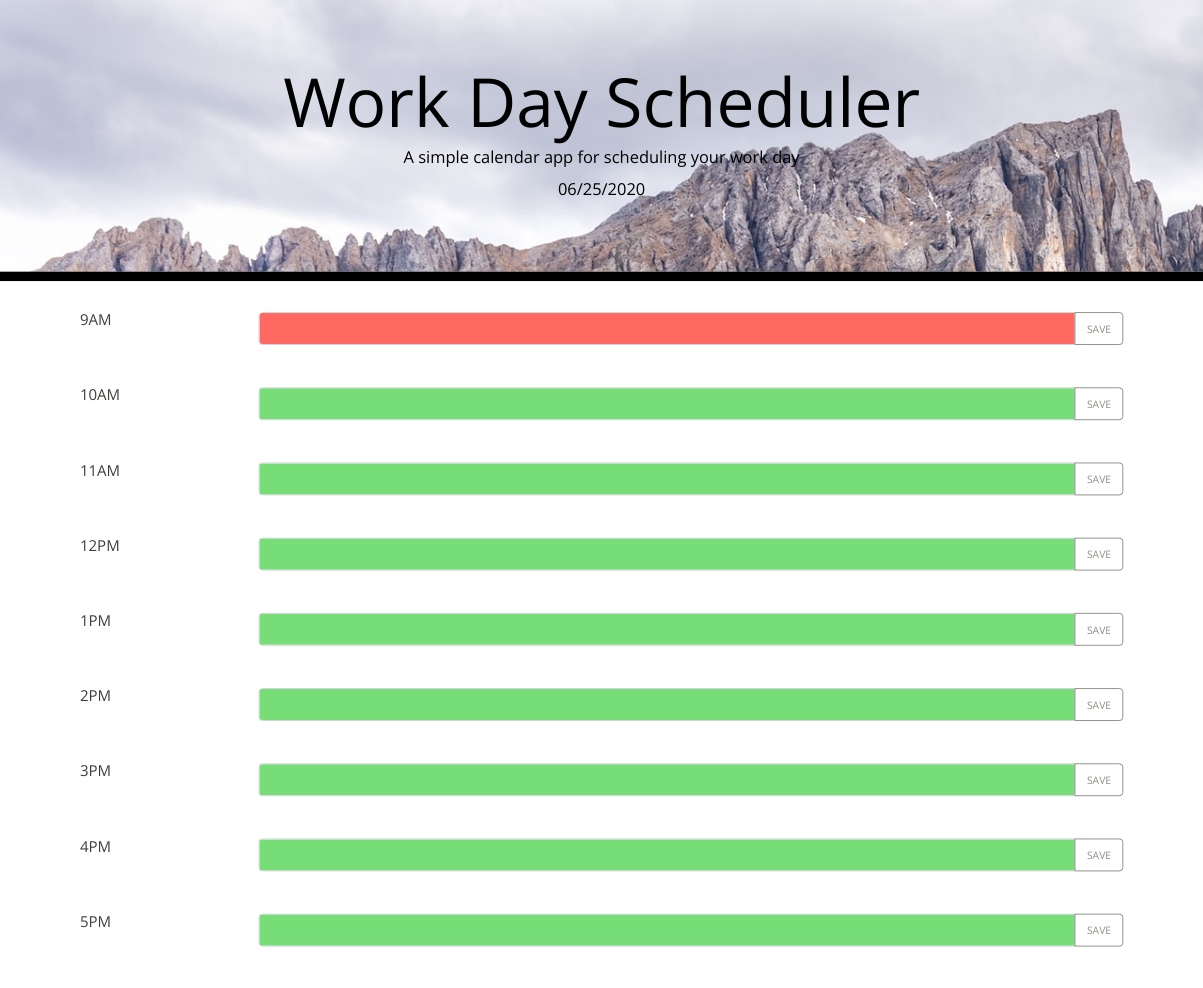
Repository: himaja830/Day-Planner
Page: Develop/index.html
These files come from the project's save history. The page is drawn as it stood at one moment and after the next save; the edit follows.
The browser window is 1280 px wide. The pictures show the whole page, at 94% of full size.
Some web libraries are served in a nearby version.

Above is the page before, as saved 2020-06-25 18:31:57.

### Develop/index.html
<!DOCTYPE html>
<html lang="en">

<head>
  <meta charset="UTF-8" />
  <meta name="viewport" content="width=device-width, initial-scale=1.0" />
  <meta http-equiv="X-UA-Compatible" content="ie=edge" />
  <link rel="stylesheet" href="https://stackpath.bootstrapcdn.com/bootstrap/4.3.1/css/bootstrap.min.css" />
  <link href="https://stackpath.bootstrapcdn.com/bootswatch/4.5.0/sandstone/bootstrap.min.css" rel="stylesheet" integrity="sha384-ztQCCdmKhYHBDMV3AyR4QGZ2/z6veowJBbsmvDJW/sTuMpB9lpoubJuD0ODGSbjh" crossorigin="anonymous">
  <link rel="stylesheet" href="https://use.fontawesome.com/releases/v5.8.1/css/all.css"
    integrity="sha384-50oBUHEmvpQ+1lW4y57PTFmhCaXp0ML5d60M1M7uH2+nqUivzIebhndOJK28anvf" crossorigin="anonymous" />
  <link href="https://fonts.googleapis.com/css?family=Open+Sans&display=swap" rel="stylesheet" />
  <link rel="stylesheet" href="style.css" />
  <title>Work Day Scheduler</title>
</head>

<body>
  <header class="jumbotron">
    <h1 class="display-3">Work Day Scheduler</h1>
    <p class="lead">A simple calendar app for scheduling your work day</p>
    <p id="currentDay" class="lead"></p>
  </header>

  <!-- Timeblocks go here -->
  <div class="container">
    <form>
    <div class="row">
      <div class="col-2">
        <p>9AM</p>
      </div>
      <div class="input-group mb-3 col-10">
        <input type="text" class="form-control event"  aria-label="Recipient's username"
          aria-describedby="button-addon2" data-time="9" data-index="0">
        <div class="input-group-append">
          <button class="btn btn-outline-secondary" type="button" id="button-addon9" data-time="9">Save</button>
        </div>
      </div>
    </div>
  </form>
    <form>
      <div class="row">
        <div class="col-2">
          <p>10AM</p>
        </div>
        <div class="input-group mb-3 col-10">
          <input type="text" class="form-control event"  aria-label="Recipient's username"
            aria-describedby="button-addon2" data-time="10" data-index="1">
          <div class="input-group-append">
            <button class="btn btn-outline-secondary" type="button" id="button-addon10" data-time="10">Save</button>
          </div>
        </div>
      </div>
    </form>
    <div class="row">
      <div class="col-2">
        <p>11AM</p>
      </div>
      <div class="input-group mb-3 col-10">
        <input type="text" class="form-control event"  aria-label="Recipient's username"
          aria-describedby="button-addon2" data-time="11" data-index="2">
        <div class="input-group-append">
          <button class="btn btn-outline-secondary" type="button" id="button-addon11" data-time="11">Save</button>
        </div>
      </div>
    </div>
  </form>

    <form>
      <div class="row">
        <div class="col-2" >
          <p>12PM</p>
        </div>
        <div class="input-group mb-3 col-10">
          <input type="text" class="form-control event"  aria-label="Recipient's username"
            aria-describedby="button-addon2" data-time="12" data-index="3">
          <div class="input-group-append">
            <button class="btn btn-outline-secondary" type="button" id="button-addon12" data-time="12">Save</button>
          </div>
        </div>
      </div>
    </form>

    <form>
      <div class="row">
        <div class="col-2">
          <p>1PM</p>
        </div>
        <div class="input-group mb-3 col-10">
          <input type="text" class="form-control event"  aria-label="Recipient's username"
            aria-describedby="button-addon2" data-time="13" data-index="4">
          <div class="input-group-append">
            <button class="btn btn-outline-secondary" type="button" id="button-addon1" data-time="13">Save</button>
          </div>
        </div>
      </div>
    </form>

    <form>
      <div class="row">
        <div class="col-2">
          <p>2PM</p>
        </div>
        <div class="input-group mb-3 col-10">
          <input type="text" class="form-control event"  aria-label="Recipient's username"
            aria-describedby="button-addon2" data-time="14" data-index="5">
          <div class="input-group-append">
            <button class="btn btn-outline-secondary" type="button" id="button-addon2" data-time="14">Save</button>
          </div>
        </div>
      </div>
    </form>
    <form>
      <div class="row">
        <div class="col-2">
          <p>3PM</p>
        </div>
        <div class="input-group mb-3 col-10">
          <input type="text" class="form-control event"  aria-label="Recipient's username"
            aria-describedby="button-addon2" data-time="15" data-index="6">
          <div class="input-group-append">
            <button class="btn btn-outline-secondary" type="button" id="button-addon3" data-time="15">Save</button>
          </div>
        </div>
      </div>
    </form>

    <form>
      <div class="row">
        <div class="col-2">
          <p>4PM</p>
        </div>
        <div class="input-group mb-3 col-10">
          <input type="text" class="form-control event"  aria-label="Recipient's username"
            aria-describedby="button-addon2" data-time="16" data-index="7">
          <div class="input-group-append">
            <button class="btn btn-outline-secondary" type="button" id="button-addon4" data-time="16">Save</button>
          </div>
        </div>
      </div>
    </form>

    <form>
      <div class="row">
        <div class="col-2">
          <p>5PM</p>
        </div>
        <div class="input-group mb-3 col-10">
          <input type="text" class="form-control event"  aria-label="Recipient's username"
            aria-describedby="button-addon2" data-time="17" data-index="8">
          <div class="input-group-append">
            <button class="btn btn-outline-secondary" type="button" id="button-addon5" data-time="17">Save</button>
          </div>
        </div>
      </div>
    </form>
  </div>


  <script src="https://code.jquery.com/jquery-3.4.1.min.js"></script>
  <script src="https://cdnjs.cloudflare.com/ajax/libs/moment.js/2.24.0/moment.min.js"></script>
  <script src="script.js"></script>
</body>

</html>

### Develop/style.css
body {
  font-family: 'Open Sans', sans-serif;
  font-size: 16px;
  line-height: 1;
}

textarea {
  background: transparent;
  border: none;
  resize: none;
  color: #000000;
  border-left: 1px solid black;
  padding: 10px;
}

.jumbotron {
  text-align: center;
  background-color: transparent;
  font-weight: bolder;
  color: black;
  border-radius: 0;
  border-bottom: 10px solid black;
  background-image: url("riccardo-chiarini-2VDa8bnLM8c-unsplash (2).jpg");
}

.description {
  white-space: pre-wrap;
}

.time-block {
  text-align: center;
  border-radius: 15px;
}

.row {
  height: 80px;
  border-top: 1px solid white;
  ;
}

.hour {
  background-color: #ffffff;
  color: #000000;
  border-top: 1px dashed #000000;
}

.past {
  background-color: #d3d3d3;
  color: white;
}

.present {
  background-color: #ff6961;
  color: white;
}

.future {
  background-color: #77dd77;
  color: white;
}

.saveBtn {
  border-left: 1px solid black;
  border-top-right-radius: 15px;
  border-bottom-right-radius: 15px;
  background-color: #06AED5;
  color: white;
}

.saveBtn i:hover {
  font-size: 20px;
  transition: all .3s ease-in-out;
}

.btn {
  height: 35px;
}

.bg-red {
  background-color: rgb(255, 1, 1);
}

.bg-green {
  background-color: rgba(8, 131, 8, 0.788);
}

.bg-gray {
  background-color: #cfdce9da;
}

### Develop/script.js
$(document).ready(() => {
    //Date format have been set and displayed at the top of page.
    var now = moment().format("MM/DD/YYYY");
    var date = $("#currentDay");
    date.text(now);

    // Iterate through input elements and set the color based on event time
    var hour = moment().format("HH");
    var currentHour = Number.parseInt(hour);
    $(".event").each(function () {
        var eventHour = Number.parseInt(this.getAttribute('data-time'));
        if (eventHour === currentHour) {
            $(this).addClass('present');
        } else if (eventHour < currentHour) {
            $(this).addClass('past');
        } else {
            $(this).addClass('future');
        }
    });

    // Connecting input and save buttons to each other.
    $(".btn").on("click", function (event) {
        event.preventDefault();
        var inputElem = $(this).closest('.input-group').find('.event');
        console.log(inputElem);
        var data = $(inputElem).val();
        console.log(data);
        var index = $(inputElem).attr('data-index');
        console.log(index);
        setLocalStorage(index, data);
    });

    // get events from localstorage and set the data and push it to localstorage
    function setLocalStorage(index, data) {
       var events = getLocalStorage();
       events[index] = data;
       localStorage.setItem("events", JSON.stringify(events));
    }

    // get the events from localstorage
    function getLocalStorage(){
      var events = localStorage.getItem('events');
      return JSON.parse(events);
    }
});

After the next save:
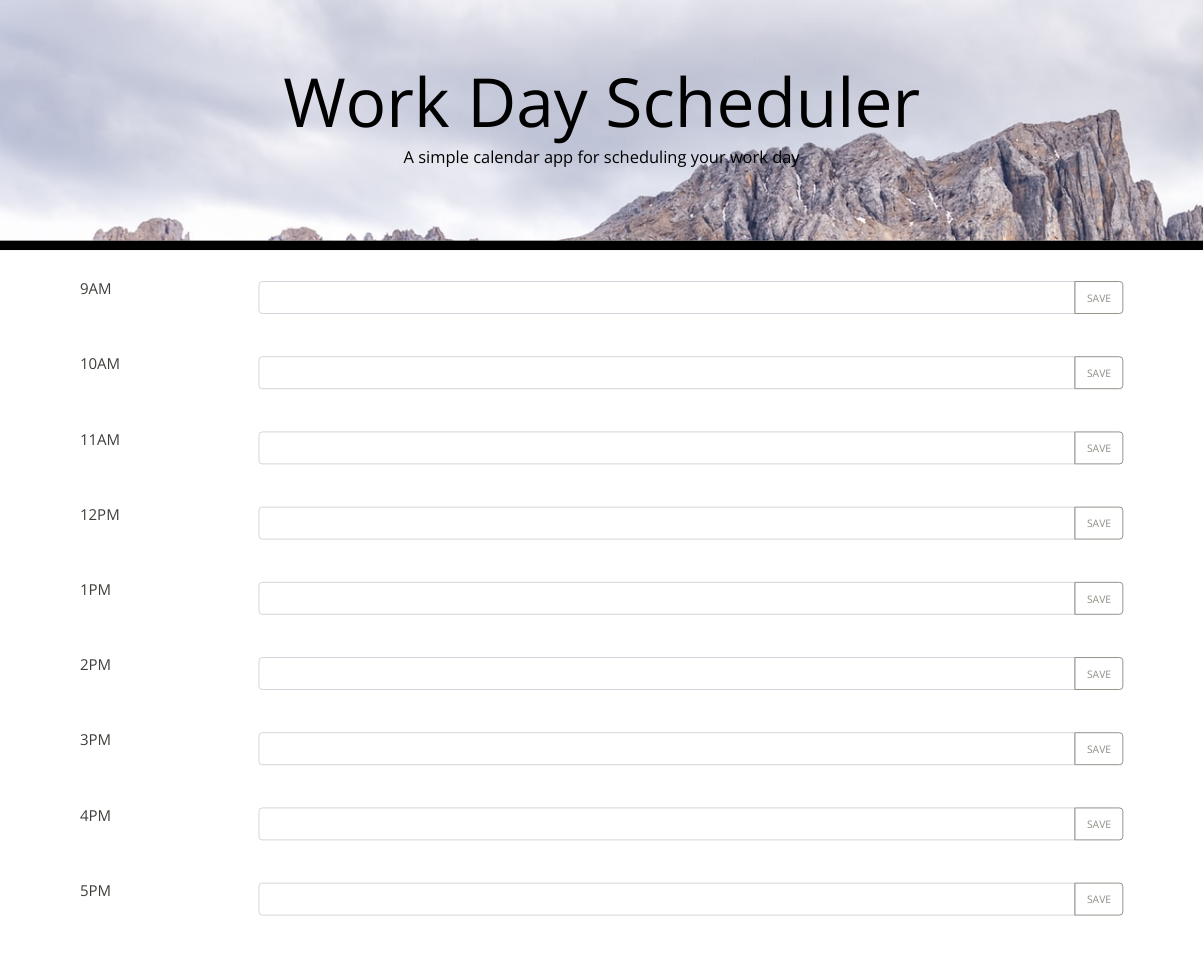
Console error: SyntaxError: missing ) after argument list
Saved 3 min 12 s later.
--- a/Develop/script.js
+++ b/Develop/script.js
@@ -32,6 +32,9 @@
 
     // get events from localstorage and set the data and push it to localstorage
     function setLocalStorage(index, data) {
+        if (!getLocalStorage()) {
+            localStorage.setItem("events", JSON.stringify([]]));
+        }
        var events = getLocalStorage();
        events[index] = data;
        localStorage.setItem("events", JSON.stringify(events));

After the save that followed:
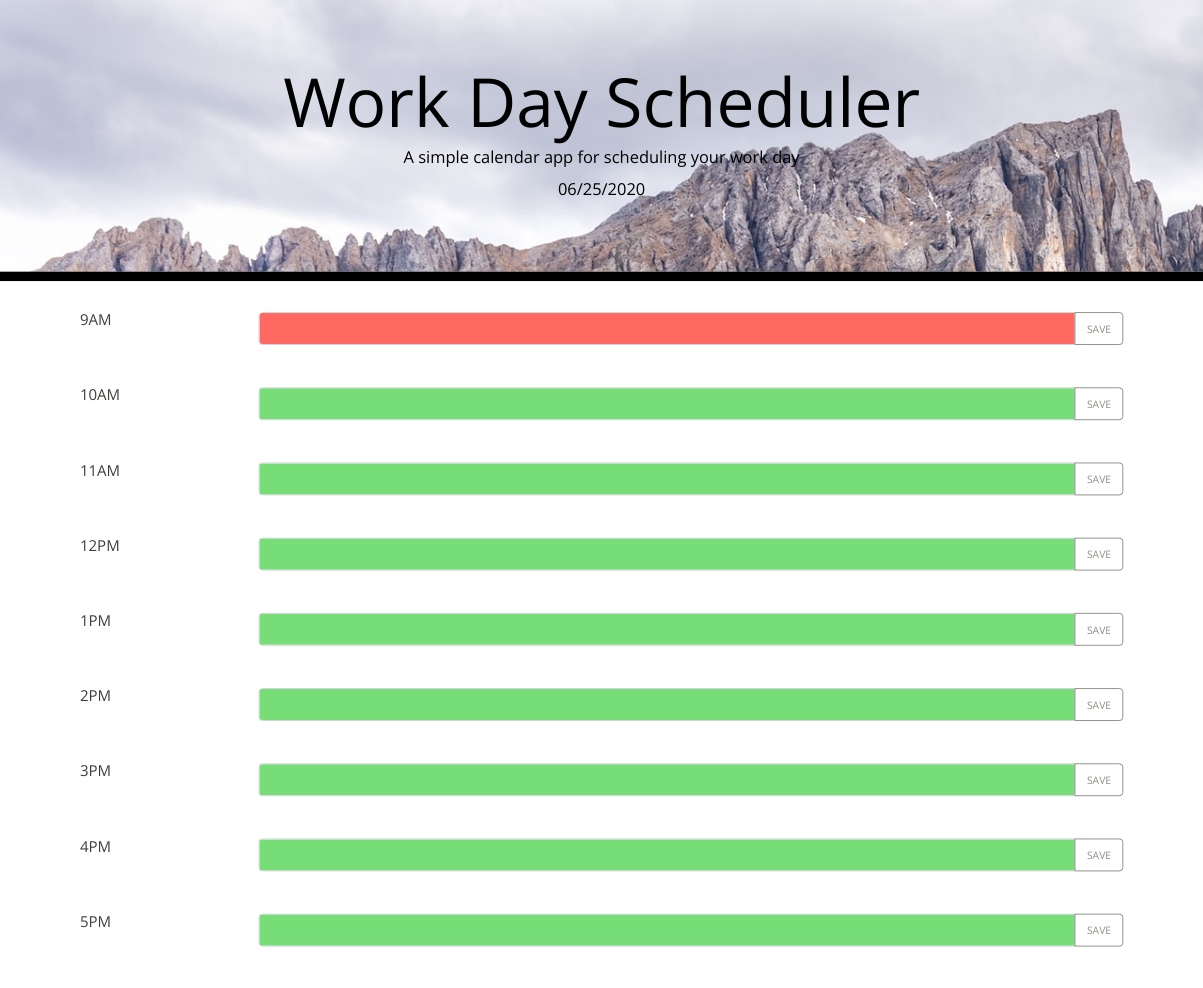
The error is gone.
Saved 32 s later.
--- a/Develop/script.js
+++ b/Develop/script.js
@@ -33,7 +33,7 @@
     // get events from localstorage and set the data and push it to localstorage
     function setLocalStorage(index, data) {
         if (!getLocalStorage()) {
-            localStorage.setItem("events", JSON.stringify([]]));
+            localStorage.setItem("events", JSON.stringify([]));
         }
        var events = getLocalStorage();
        events[index] = data;
